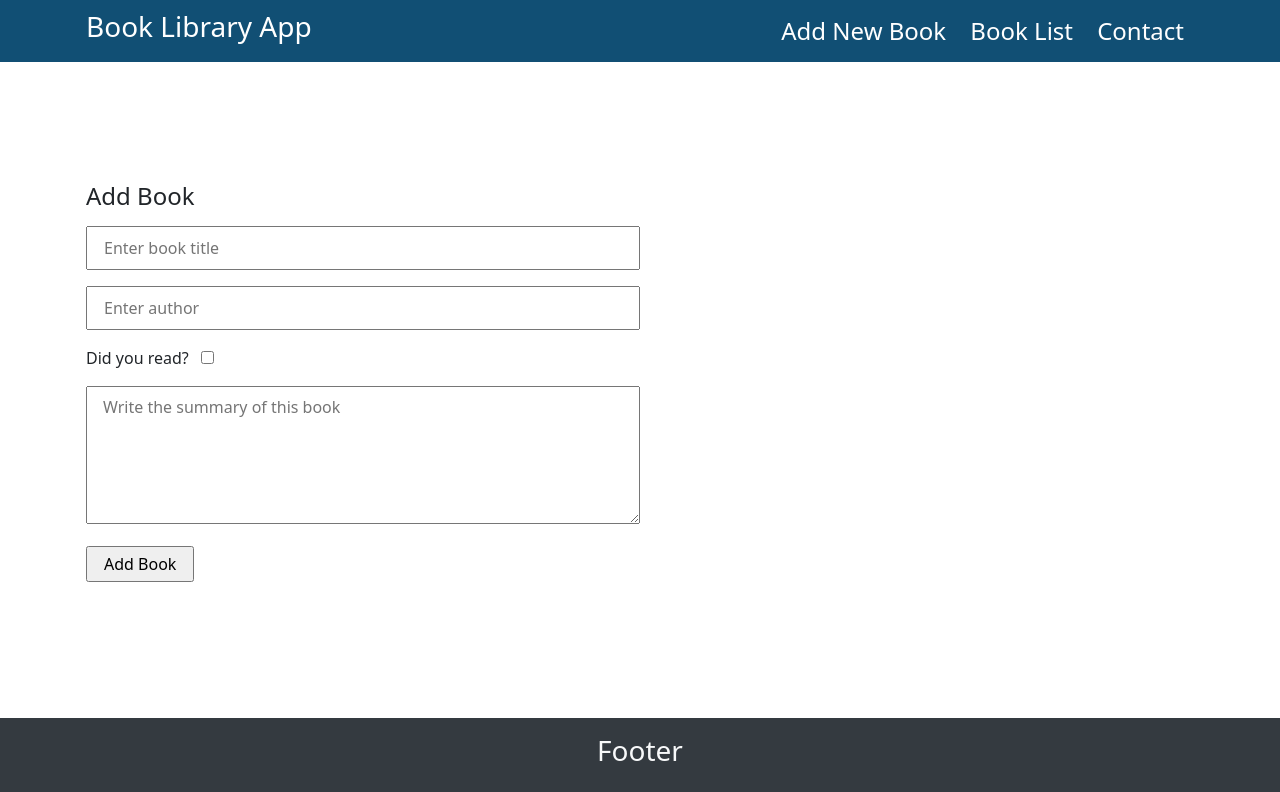
Repository: just-mann/booklibrary-app
Page: http://localhost/
An editor plug-in stored every save of this project. The page is shown before and after the next save, followed by the edit.
The browser window is 1280 px wide. The pictures show the whole page.
The page is served by the project's Node server (app.js).

Above is the page before, as saved 2021-06-06 04:06:03.

After the next save:
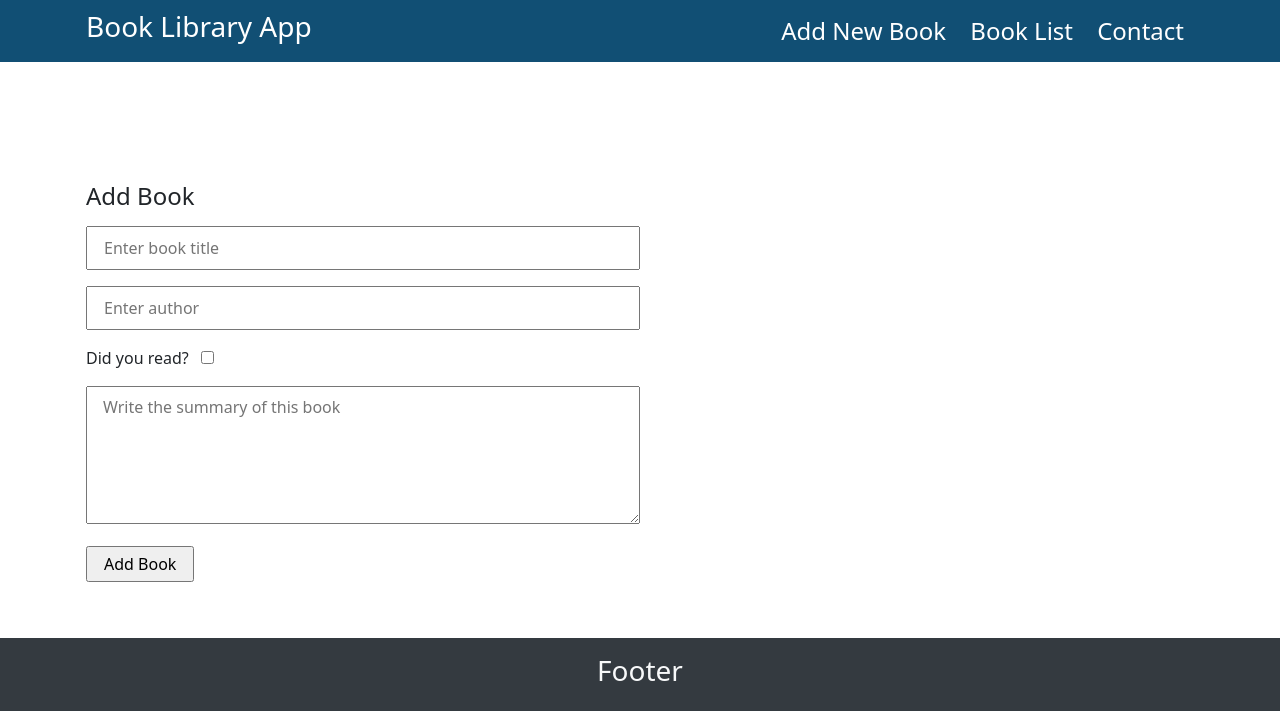
Saved 22 s later.
--- a/public/style.css
+++ b/public/style.css
@@ -63,6 +63,11 @@ nav .container .nav__links a {
 }
 
 
+/* Home Page */
+.home {
+    height: 80vh;
+}
+
 
 
 /* Book List Page */
